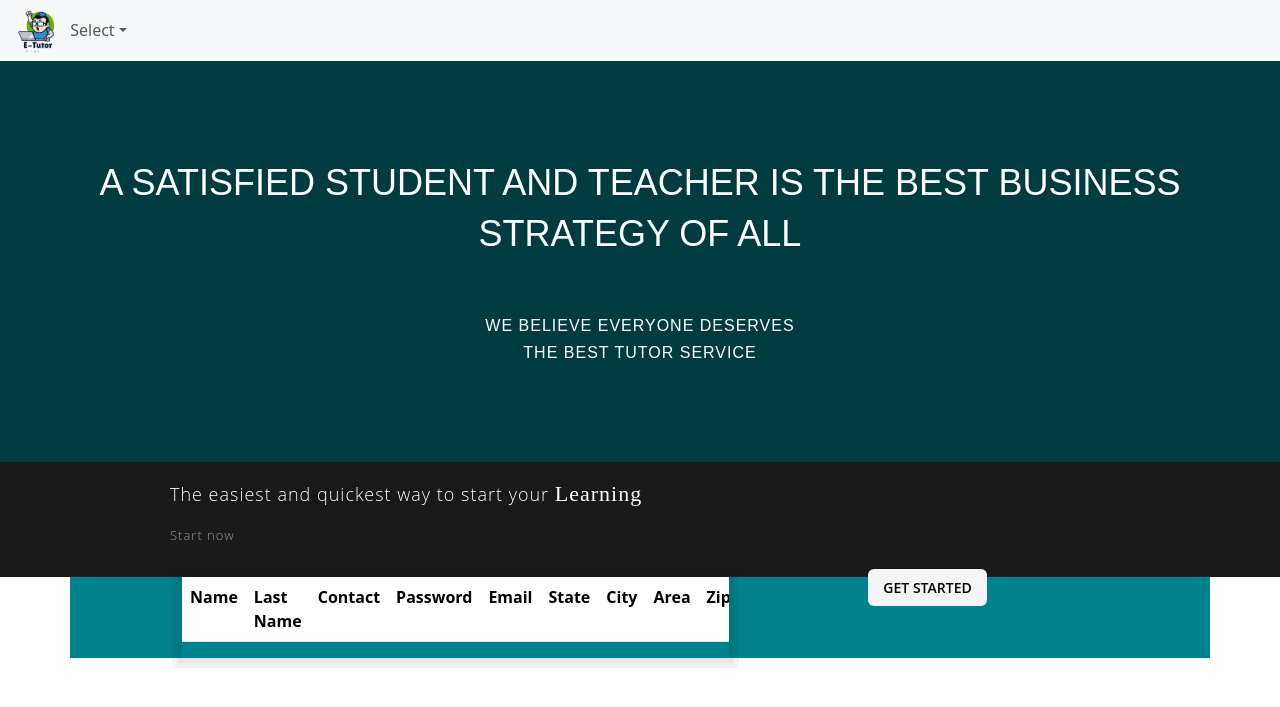
Repository: shailesh89-art/E-tutor-springboot-hibernate
Page: http://localhost/TUTOR_INVENTOR_1/pages/parent_Admin_edit.jsp
These files come from the project's save history. The page is drawn as it stood at one moment and after the next save; the edit follows.
The browser window is 1280 px wide. The pictures show the whole page.
Some web libraries are served in a nearby version. The page is served by Tomcat 9. The template is opened directly, without the code that normally fills it, so the values that code supplies are empty.

Above is the page before, as saved 2023-05-03 14:22:06.

After the next save:
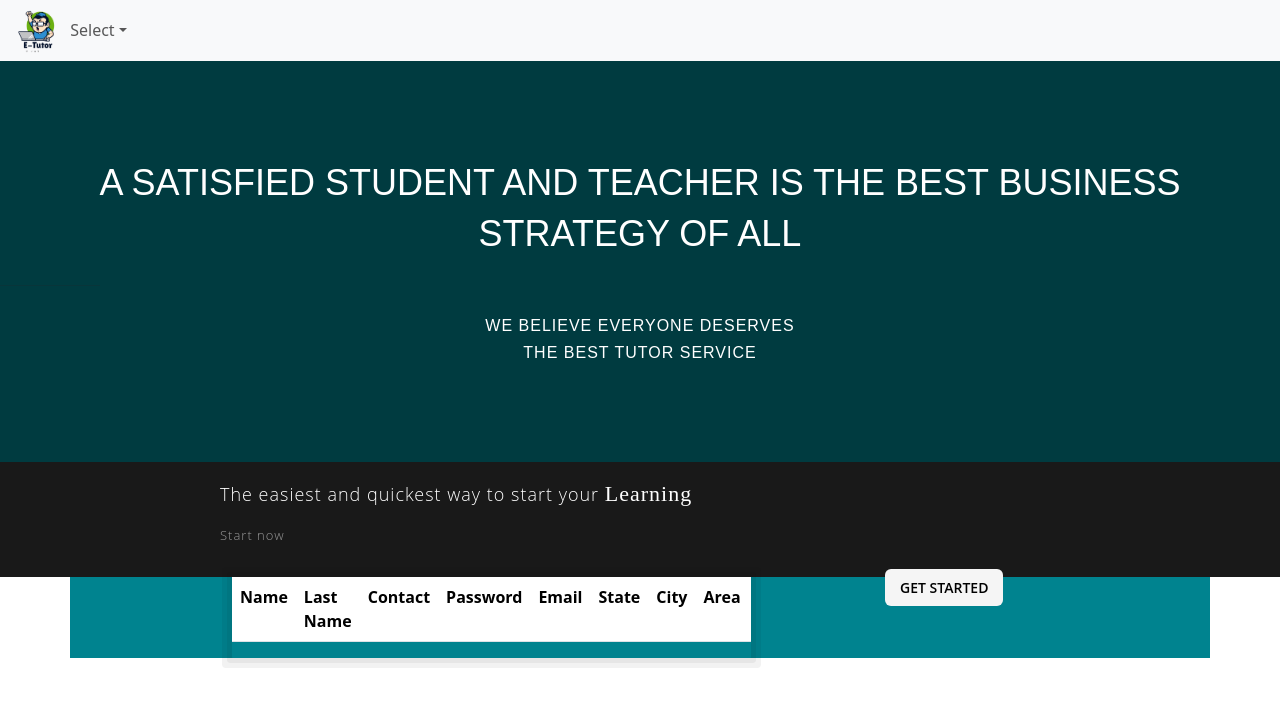
Saved 9 s later.
--- a/TUTOR_INVENTOR_1/src/main/webapp/pages/parent_Admin_edit.jsp
+++ b/TUTOR_INVENTOR_1/src/main/webapp/pages/parent_Admin_edit.jsp
@@ -367,7 +367,7 @@
 .container{
 
 
-    padding-left:100px;
+    padding-left:150px;
 
 }
  #logo{
